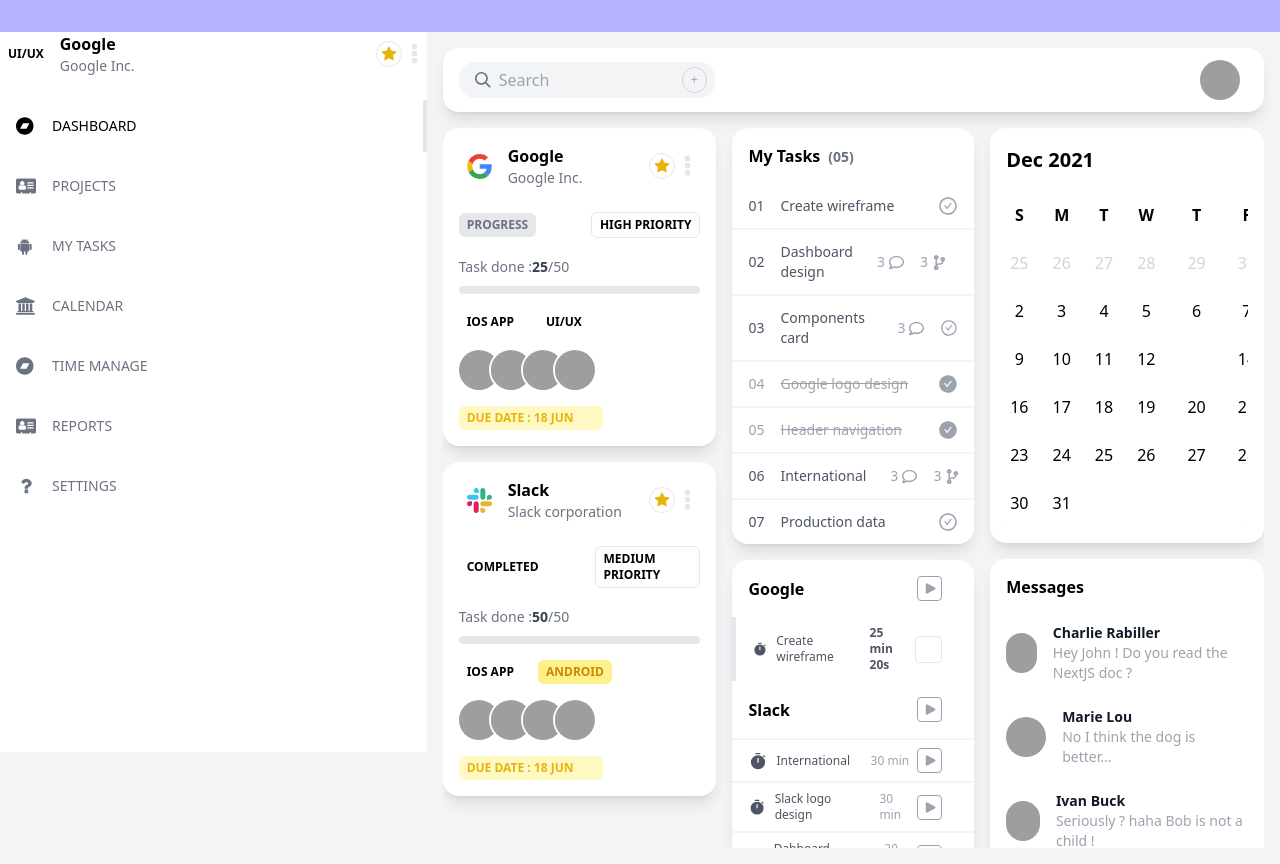
Repository: DragonKnight0522/text-rev
Page: /dashboard
The author's editor kept a copy of each file at every save. The page is drawn from the files as they stood at one save, then again after the next save.
The browser window is 1280 px wide. The pictures show the whole page.
Pictures or frames that could not be fetched are drawn as grey boxes. An inner scrolling area shows only its first screen. The project was rebuilt for these pictures with package versions that can differ from the ones it lists, and the page was loaded fresh each time. The framework's server and built-in components were replaced by stand-ins that run in the browser. Also part of the build but not shown: next.config.js.

Above is the page before, as saved 2023-08-28 16:14:31.

After the next save:
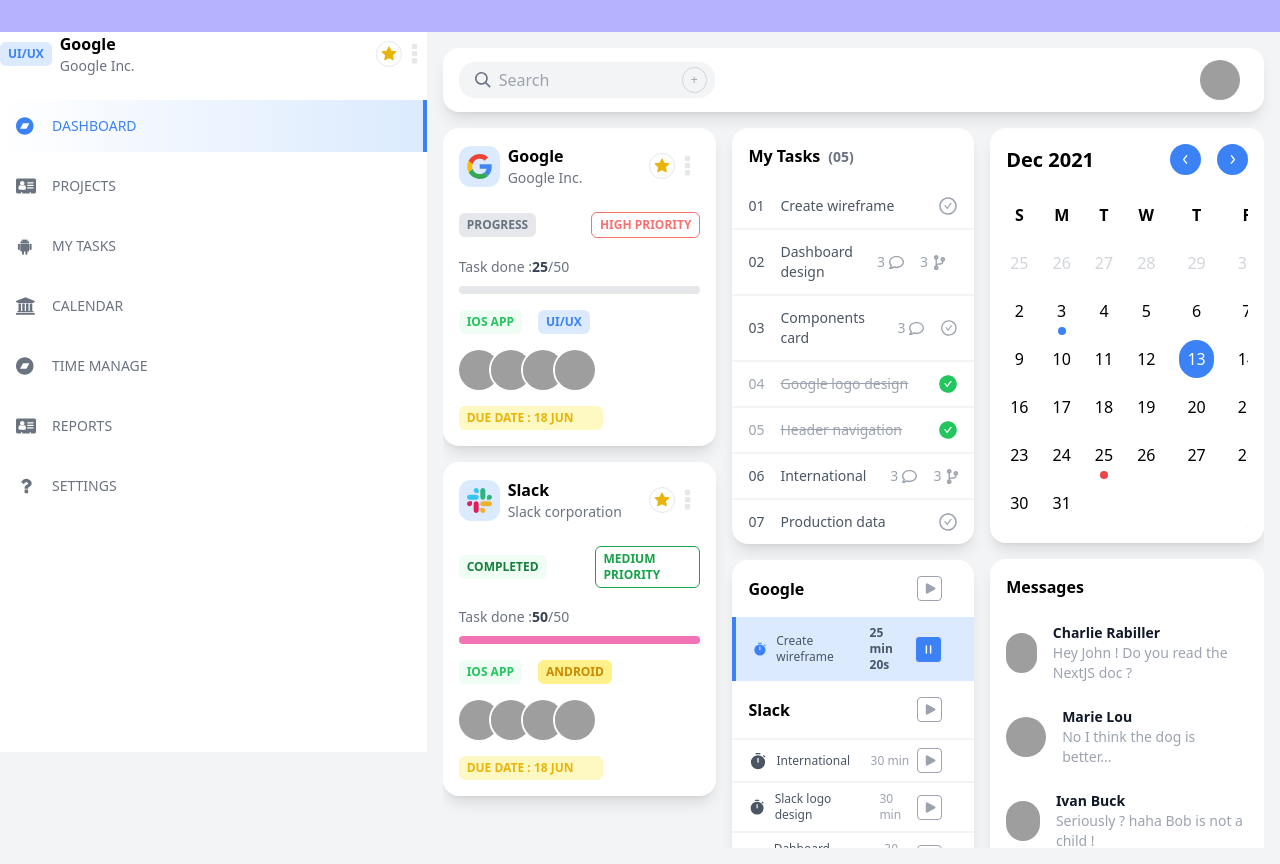
Saved 27 s later.
--- a/tailwind.config.js
+++ b/tailwind.config.js
@@ -10,13 +10,7 @@
         colors: {
             transparent: "transparent",
             current: "currentColor",
-            gray: colors.gray,
-            black: colors.black,
-            white: colors.white,
-            gray: colors.gray,
-            emerald: colors.emerald,
-            indigo: colors.indigo,
-            yellow: colors.yellow,
+            ...colors,
             purple: "#b6b3fe",
         },
     },
